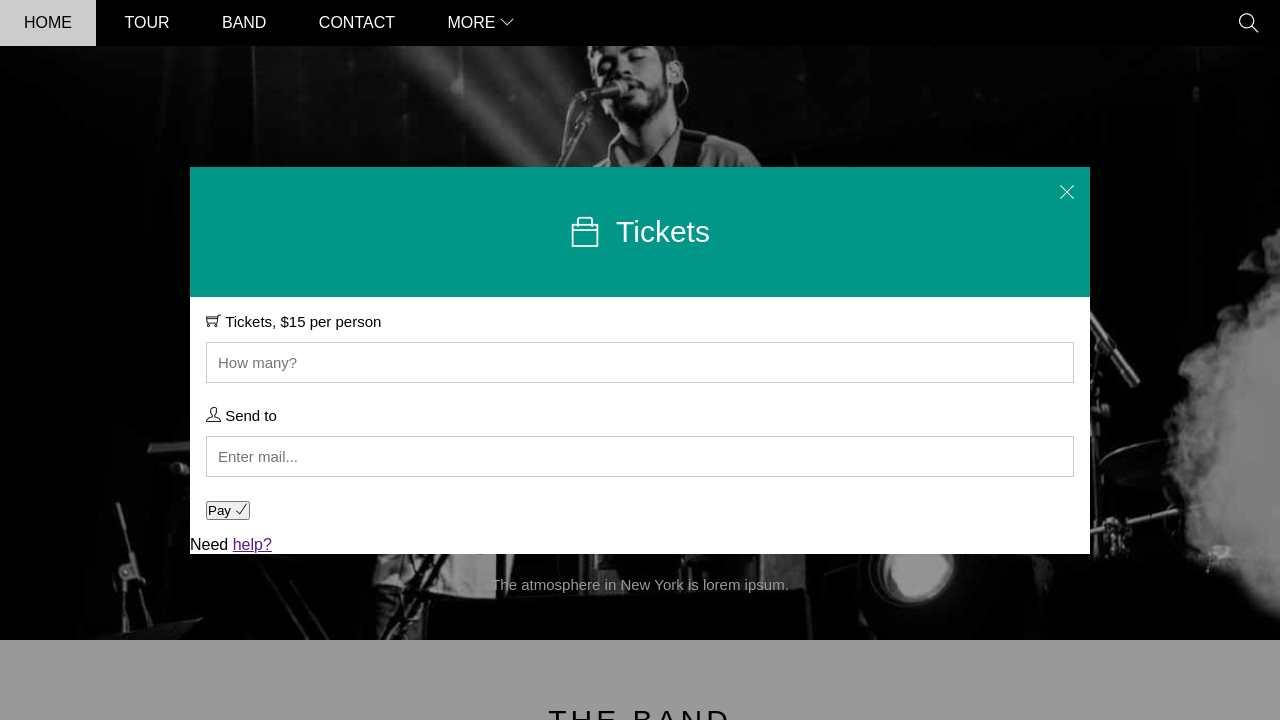
Repository: maivannhan1998/git-w3band
Page: index.html
The author's editor kept a copy of each file at every save. The page is drawn from the files as they stood at one save, then again after the next save.
The browser window is 1280 px wide. The pictures show the window.
A layer covers the whole window, so only the first screen is drawn.

Above is the page before, as saved 2021-09-06 20:33:28.

### index.html
<!DOCTYPE html>
<html lang="en">
<head>
    <meta charset="UTF-8">
    <meta http-equiv="X-UA-Compatible" content="IE=edge">
    <meta name="viewport" content="width=device-width, initial-scale=1.0">
    <title>Document</title>
    <link rel="stylesheet" href="./asset/css/style.css">
    <link rel="stylesheet" href="./asset/fontss/themify-icons/themify-icons.css">
</head>
<body>
    <div id="main">
        <div id="header">
            <!-- Begin: nav -->
            <ul id="nav">
                <li><a href="">Home</a></li>
                <li><a href="">Tour</a></li>
                <li><a href="">Band</a></li>
                <li><a href="">Contact</a></li>
                <li><a href="">
                    More
                    <i class="nav-arrow-down ti-angle-down"></i>
                </a>
                    <ul class="subnav">
                        <li><a href="">Merchandise</a></li>
                        <li><a href="">Extras</a></li>
                        <li><a href="">Media</a></li>
                    </ul>
                </li>
            </ul>
            <!-- End: nav -->

            <!-- Begin: Search button -->
            <div class="search-btn">
                <i class="search-icon ti-search"></i>
            </div>
            <!-- End: Search button -->


        </div>

        <div id="slider">
            <div class="text-content">
                <h2 class="text-heading">New York</h2>
                <div class="text-des">The atmosphere in New York is lorem ipsum.</div>
            </div>
        </div>

        <div id="content">
            <!-- About section -->
            <div class="content-section">
                <h2 class="heading-section">THE BAND</h2>
                <p class="heading-sub-section">We love music</p>
                <p class="about-text">We have created a fictional band website. Lorem ipsum dolor sit amet, consectetur adipiscing elit, sed do eiusmod tempor incididunt ut labore et dolore magna aliqua. Ut enim ad minim veniam, quis nostrud exercitation ullamco laboris nisi ut aliquip ex ea commodo consequat. Duis aute irure dolor in reprehenderit in voluptate velit esse cillum dolore eu fugiat nulla pariatur. Excepteur sint occaecat cupidatat non proident, sunt in culpa qui officia deserunt mollit anim id est laborum consectetur adipiscing elit, sed do eiusmod tempor incididunt ut labore et dolore magna aliqua. Ut enim ad minim veniam, quis nostrud exercitation ullamco laboris nisi ut aliquip ex ea commodo consequat.</p>
                <div class="row members-list">
                    <div class="col col-third text-center">
                         <p class="member-name">Name</p>
                         <img src="/asset/img/band/member1.jpg" alt="Name" class="member-img">
                    </div>
                    <div class="col col-third text-center">
                        <p class="member-name">Name</p>
                        <img src="/asset/img/band/member1.jpg" alt="Name" class="member-img">
                   </div>
                   <div class="col col-third text-center">
                        <p class="member-name">Name</p>
                        <img src="/asset/img/band/member1.jpg" alt="Name" class="member-img">
                    </div>


                </div>
            </div>

            <!--Tour section  -->
            <div class="tour-section">

                <div class="content-section">
                    <h2 class="heading-section text-white">TOUR DATES</h2>
                    <p class="heading-sub-section text-white">Remember to book your tickets!</p>
                    <ul class="tickets-list">
                        <li>September<span class="sold-out">Sold out</span></li>
                        <li>October<span class="sold-out">Sold out</span></li>
                        <li>November<span class="quanity">3</span></li>
                    </ul>

                    <!-- Place section -->
                    <div class="row places-list">
                        <div class="col col-third ">
                            <img src="/asset/img/places/newyork.jpg" alt="New York" class="place-img">
                            <div class="place-content">
                                <h3 class="place-heading">New York</h3>
                                <p class="place-time">Fri 27 Nov 2016</p>
                                <p class="place-des">Praesent tincidunt sed tellus ut rutrum sed vitae justo.</p>
                                <a href="#" class="place-buy-btn">Buy Tickets</a>
                            </div>
                        </div>

                        <div class=" col col-third ">
                            <img src="/asset/img/places/paris.jpg" alt="Paris" class="place-img">
                            <div class="place-content">
                                <h3 class="place-heading">Paris</h3>
                                <p class="place-time">Sat 28 Nov 2016</p>
                                <p class="place-des">Praesent tincidunt sed tellus ut rutrum sed vitae justo.</p>
                                <a href="#" class="place-buy-btn">Buy Tickets</a>
                            </div>
                        </div>

                        <div class=" col col-third ">
                            <img src="/asset/img/places/sanfran.jpg" alt="San Francisco" class="place-img">
                            <div class="place-content">
                                <h3 class="place-heading">San Francisco</h3>
                                <p class="place-time">Sun 29 Nov 2016</p>
                                <p class="place-des">Praesent tincidunt sed tellus ut rutrum sed vitae justo.</p>
                                <a href="#" class="place-buy-btn">Buy Tickets</a>
                            </div>
                        </div>


                    </div>
                </div>


            </div>

            <!-- Contact section -->

            <div class="content-section">
                <h2 class="heading-section">CONTACT</h2>
                <p class="heading-sub-section">Fan? Drop a note!</p>


                <div class="row contact-content">
                    <div class="col col-half contact-info">
                           <p><i class="ti-location-pin"></i>Chicago, US</p>
                           <p><i class="ti-mobile"></i>Phone: +00 151515</p>
                           <p><i class="ti-email"></i>Email: mail@mail.com</p>
                    </div>
                    <div class="col col-half contact-form">
                        <form action="">
                            <div class="row">
                                   <div class="col col-half">
                                       <input type="text" name="" placeholder="Name" required  id="contact-name" class="form-control">
                                   </div>
                                   <div class="col col-half">
                                       <input type="email" name="" placeholder="Email" required id="contact-email" class="form-control">
                                   </div>
                                   <!-- <div class="clear"></div> -->
                            </div>
                            <div class="row mt-8">
                               <div class="col col-full">
                                   <input type="text" name="" placeholder="Message" id="contact-message" required class="form-control">
                               </div>
                            </div>
                            <input class="form-submit-btn mt-16" type="submit" value="SEND">

                        </form>
                    </div>
                </div>
            </div>

            <!-- End contact section -->

            <div class="map-section">
                <img src="./asset/img/map.jpg" alt="Map">
            </div>



        </div>

        <div id="footer">
            <div class="social-list">
                <a href=""><i class="ti-facebook"></i></a>
                <a href=""><i class="ti-instagram"></i></a>
                <a href=""><i class="ti-github"></i></a>
                <a href=""><i class="ti-pinterest"></i></a>
                <a href=""><i class="ti-twitter"></i></a>
                <a href=""><i class="ti-linkedin"></i></a>
            </div>
            <p class="copyright">Powered by <a href="">w3.css</a></p>
        </div>
    </div>

    <div class="modal">
        <div class="modal-container">
            <div class="modal-close">
                <i class="ti-close"></i>
            </div>
            <header class="modal-header">
                <i class="modal-tibag-icon ti-bag"></i>
                Tickets
            </header>

            <div class="modal-body">
                <label for="ticket-quanity" class="modal-label">
                    <i class="ti-shopping-cart"></i>
                    Tickets, $15 per person
                </label>
                <input id="ticket-quanity" type="text" class="modal-input" placeholder="How many?">

                <label for="ticket-email" class="modal-label">
                    <i class="ti-user"></i>
                    Send to
                </label>
                <input id="ticket-email" type="email" class="modal-input" placeholder="Enter mail...">

                <button id="buy-tickets">
                    Pay <i class="ti-check"></i>
                </button>


            </div>

            <footer class="modal-footer">
                <p class="modal-help">Need <a href="">help?</a></p>
            </footer>
        </div>
    </div>

</body>
</html>

### asset/css/style.css
/* Reset CSS*/
*{
    padding: 0;
    margin: 0;
    box-sizing: border-box;
}

/* common */

.row {
    margin-left: -8px;
    margin-right: -8px;
}

.row::after {
    content: "";
    display: block;
    clear: both;
}

.col {
    float: left;
    padding-left: 8px;
    padding-right: 8px;
}

.col-third {
    width: 33.33333%;
}

.col-half {
    width: 50%;
}

.col-full {
    width: 100%;
}

.text-center {
    text-align: center !important;
}

.clear {
    clear: both;
}

.text-white {
    color: #fff !important;
}

.mt-8 {
    margin-top: 8px;
}

.mt-16 {
    margin-top: 16px;
}

html{
    font-family: Arial, Helvetica, sans-serif;

}

#main{

}

#header{
    position: fixed;
    top: 0;
    left: 0;
    right: 0;
    height: 46px;
    background-color: #000;
    z-index: 1;
}

#nav {
    display: inline-block ;
}

#nav, .subnav {
    list-style-type: none;
}

#nav > li {
    display: inline-block;
}

#nav li{
    position: relative;

}

#nav > li > a {
    color: #fff;
    text-transform: uppercase;
}

#nav li a {
    padding: 0 24px;
    line-height: 46px;
    display: block;
    text-decoration: none;
}
#nav .subnav li:hover a,
#nav > li:hover > a {
    color: #000;
    background-color: #ccc;
}

#nav .subnav {
    display: none;
    position: absolute;
    top: 100%;
    left: 0;
    min-width: 160px;
    background-color: #fff;
    box-shadow: 0 0 10px rgba(0, 0, 0, 0.3);
}

#nav .subnav a {
    color: #000;
    background-color: #fff;
    padding: 0 12px;
    line-height: 38px;

}

#nav li:hover .subnav {
    display: block;
}

.nav-arrow-down {
    font-size: 14px;
}

#header .search-btn {
    float: right;
    padding: 0px 21px;

}

#header .search-btn:hover {
    cursor: pointer;
    background-color: #f44336;
}

#header .search-icon {
    color: #fff;
    font-size: 20px;
    line-height: 46px;
}

#slider{
   /* margin-top: 46px; */
   /* chỉ số % chiều ngang của chính nó (chiều cao lun bằng 1/2 chiều ngang) */
   position: relative;
   padding-top: 50%;
   background: url('/asset/img/slider/slider1.jpg') top center / cover no-repeat;
}

#slider .text-content {
    position: absolute;
    bottom: 47px;
    color: #fff;
    width: 100%;
    /* left: 50%;
   transform: translateX(-50%); */
   text-align: center;

}

#sider .text-heading {
    font-weight: 500;
    font-size: 24px;
}

#slider .text-des {
    font-size: 15px;
    margin-top: 25px;
}

#content{

}

#content .content-section {
    width: 800px;
   padding: 64px 0 112px;
   margin-left: auto;
   margin-right: auto;

}

#content .heading-section {
    text-align: center;
    font-size: 30px;
    font-weight: 500;
    letter-spacing: 4px;
}

#content .heading-sub-section {
    text-align: center;
    font-size: 15px;
    margin-top: 25px;
    font-style: italic;
    opacity: 0.6;
}

#content .about-text {
    margin-top: 25px;
    text-align: justify;
    font-size: 15px;
    line-height: 1.5;
}

#content .members-list {
    margin-top: 48px;
}



#content .member-name {
    font-size: 15px;
}

#content .member-img {
    width: 154px;
    margin-top: 15px ;
    border-radius: 4px;

}

/* tour section */

.tour-section {
    background-color: #000;
}

.tickets-list {
    margin-top: 40px;
    list-style-type: none;
    background-color: #fff;

}

.tickets-list li {
    color: #757575;
    font-size: 15px;
    padding: 11px 16px;
    border-bottom: 1px solid #ccc;
}

.tickets-list .sold-out {
    color: #fff;
    background-color: #f44336;
    padding: 4px 4px;
    margin-left: 16px;
}

.tickets-list .quanity {
    float: right;
    color: #fff;
    background-color: #000;
    width: 24px;
    height: 24px;
    border-radius: 50%;
    text-align: center;
    margin-top: -3px;
    line-height: 24px;
}

.places-list {
    margin-top: 32px;

}

.place-img{
    width: 100%;
    display: block;
}

.place-img:hover {
    opacity: 0.6;
}

.place-content{
background-color: #fff;
padding: 16px;
font-size: 15px;
}

.place-heading{
    font-size: 15px;
}

.place-time{
    margin-top: 15px;
    color: #757575;
}

.place-des{
    margin: 15px 0;
    line-height: 1.4;
}

.place-buy-btn{
    color: #fff;
    background-color: #000;
    text-decoration: none;
    padding: 11px 16px;
    display: inline-block;
}

.place-buy-btn:hover {
    color: #000;
    background-color: #ccc;
}

/* contact form */

.contact-content {
    margin-top: 48px;
}

.contact-info {
    font-size: 18px;
}

.contact-info i[class*="ti-"]{
    width: 30px;
    display: inline-block;
    line-height: 1.5;
}

.contact-form {
    font-size: 15px;
}

.contact-form .form-control {
    padding: 10px;
    border: 1px solid #ccc;
    width: 100%;
}

.form-submit-btn {
    padding: 10px 16px;
    float: right;
    color: #fff;
    background: #000;
    border: none;
}

.form-submit-btn:hover {
    color: #000;
    background-color: #ccc;
}

.map-section img {
    width: 100%;
}

/* Footer section */

#footer{
    padding: 64px 16px;
    text-align: center;
}

#footer .social-list {
    font-size: 24px;
}

#footer .social-list a {
    color: rgba(0, 0, 0, 0.6);
    text-decoration: none;
}
#footer .copyright a:hover,
#footer .social-list a:hover {
    color: rgba(0, 0, 0, 0.4);
}
#footer .copyright a {
    margin-top: 15px;
    color: rgba(0, 0, 0, 0.6);
}

.modal {
    position: fixed;
    top: 0;
    left: 0;
    right: 0;
    bottom: 0;
    background-color: rgba(0, 0, 0, 0.4);
    display: flex;
    align-items: center;
    justify-content: center;
}

.modal-container {
    background: #fff;
    width: 900px;
    min-height: 200px;
    position: relative;
}

header.modal-header {
    display: flex;
    align-items: center;
    justify-content: center;
    font-size: 30px;
    color: #fff;
    background-color: #009688;
    min-height: 130px;
}

.modal-tibag-icon {
    margin-right: 16px;
}

.modal-close {
    position: absolute;
    right: 0;
    top: 0;
    padding: 17px 15px;
    color: #fff;
    cursor: pointer;

}

.modal-close:hover {
    color: #000;
    background-color: #ccc;
}

.modal-body {
    padding: 16px;
}

.modal-label {
    display: block;
    font-size: 15px;
    margin-bottom: 12px;
}

.modal-input {
    border: 1px solid #ccc;
    padding: 11px;
    width: 100%;
    font-size: 15px;
    margin-bottom: 24px;
}

Loaded but not shown: asset/fontss/themify-icons/themify-icons.css (common file)

After the next save:
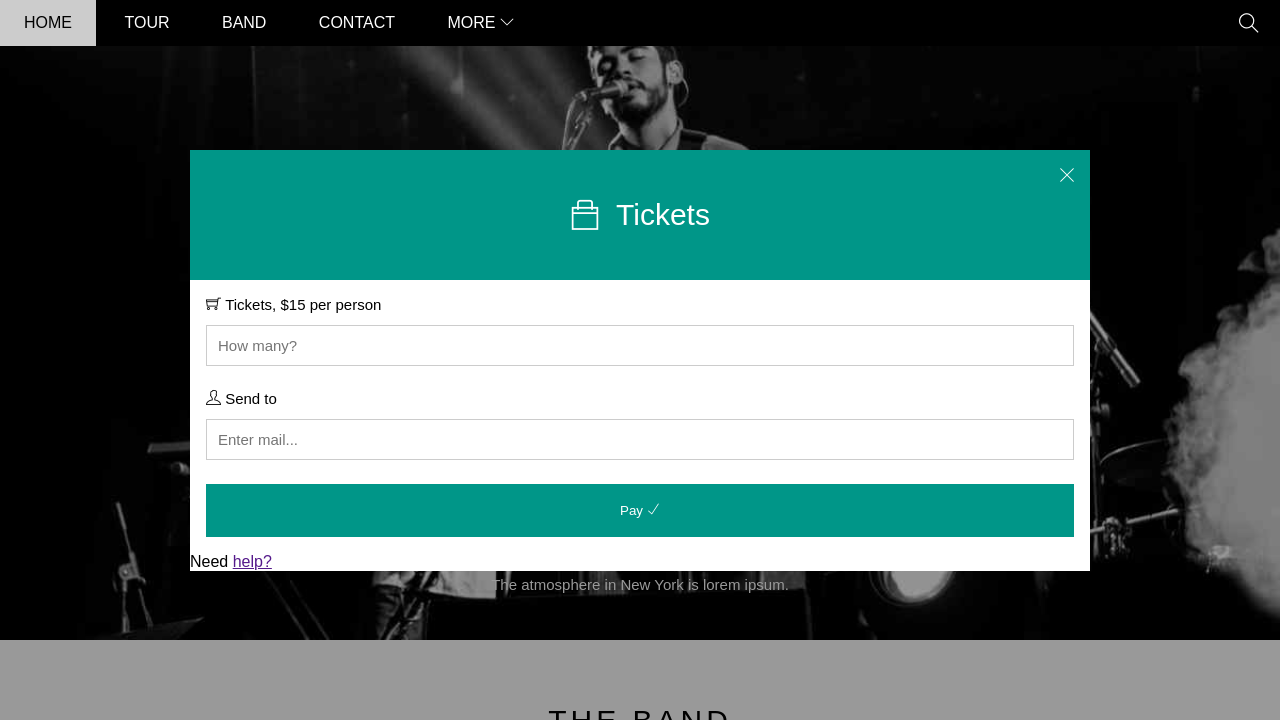
Saved 3 min 28 s later.
--- a/asset/css/style.css
+++ b/asset/css/style.css
@@ -450,3 +450,16 @@
     font-size: 15px;
     margin-bottom: 24px;
 }
+
+#buy-tickets {
+    width: 100%;
+    color: #fff;
+    background-color: #009688;
+    border: none;
+    padding: 19px;
+}
+
+#buy-tickets:hover {
+    color: #000;
+    background-color: #ccc;
+}
